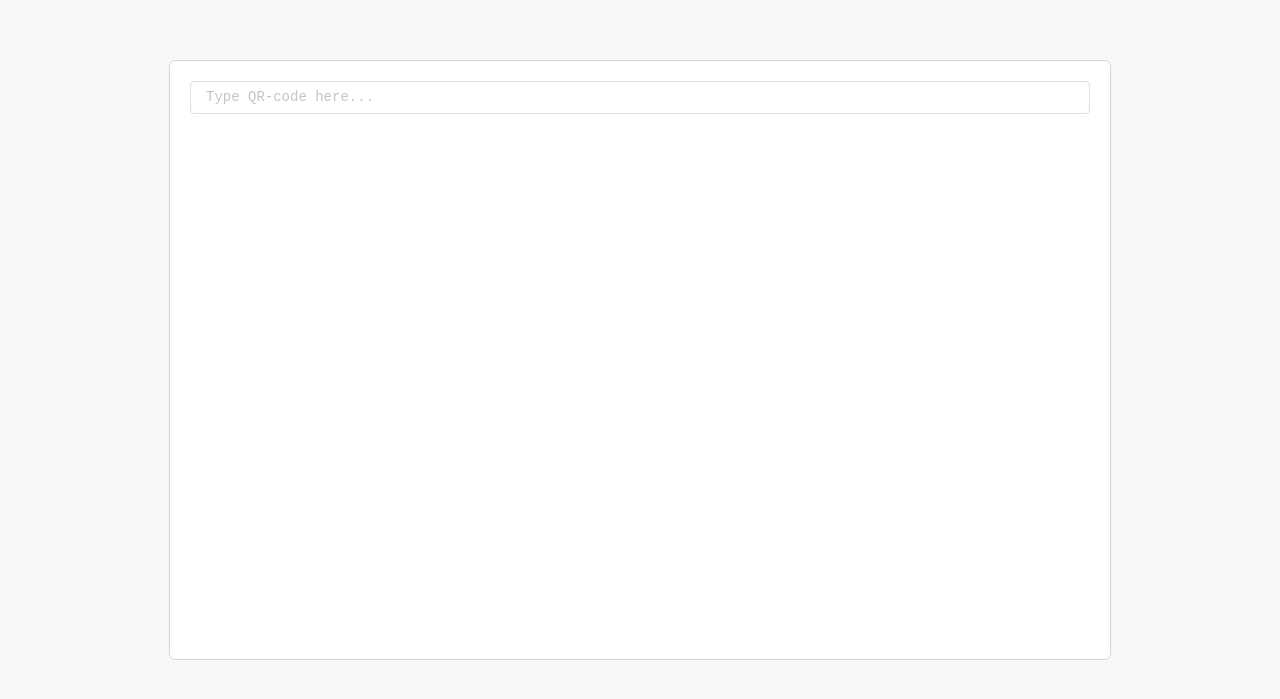
Repository: dvasyliev/qrcode_parser
Page: /
These files come from the project's save history. The page is drawn as it stood at one moment and after the next save; the edit follows.
The browser window is 1280 px wide. The pictures show the whole page.
The project was rebuilt for these pictures with package versions that can differ from the ones it lists, and the page was loaded fresh each time.

Above is the page before, as saved 2018-08-26 10:15:06.

After the next save:
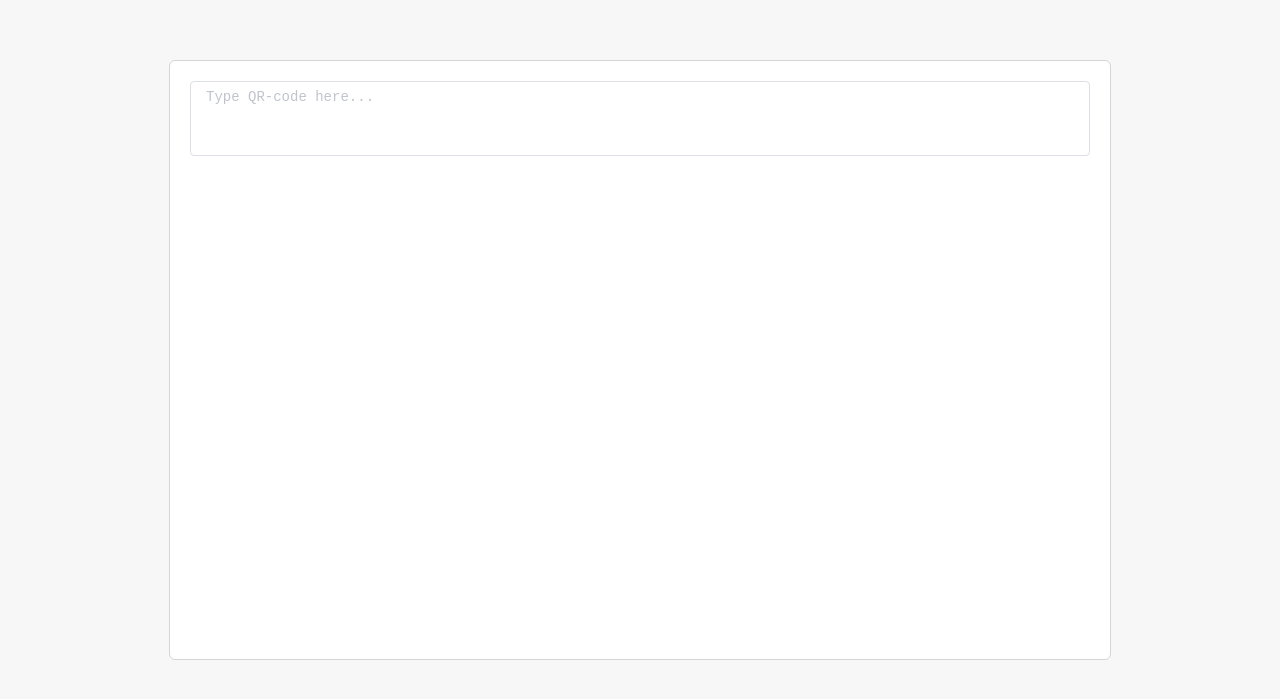
Saved 36 s later.
--- a/src/App.vue
+++ b/src/App.vue
@@ -8,8 +8,7 @@
           label="QR-code"
           placeholder="Type QR-code here..."
           resize="none"
-          :rows="3"
-          :autosize="true"/>
+          :rows="3"/>
       </div>
     </div>
   </div>
